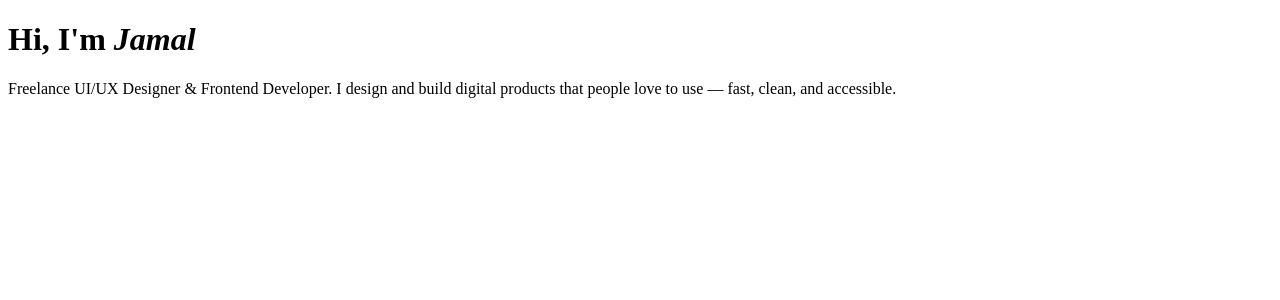
Repository: jamalissef-glitch/exercise1-JS
Page: Exercise33/index.html
These files come from the project's save history. The page is drawn as it stood at one moment and after the next save; the edit follows.
The browser window is 1280 px wide. The pictures show the whole page.

Above is the page before, as saved 2026-07-14 17:35:24.

### Exercise33/index.html
<!DOCTYPE html>
<html lang="en">

<head>
 <meta charset="UTF-8">
 <meta name="viewport" content="width=device-width, initial-scale=1.0">
 <title>DOM</title>
</head>

<body>

 <h1 id="head">Hi, I'm <em>Jamal</em></h1>
 <p class="desc">Freelance UI/UX Designer & Frontend Developer. I design and build digital products that people love to
  use — fast,
  clean, and accessible.</p>


</body>

</html>

After the next save:
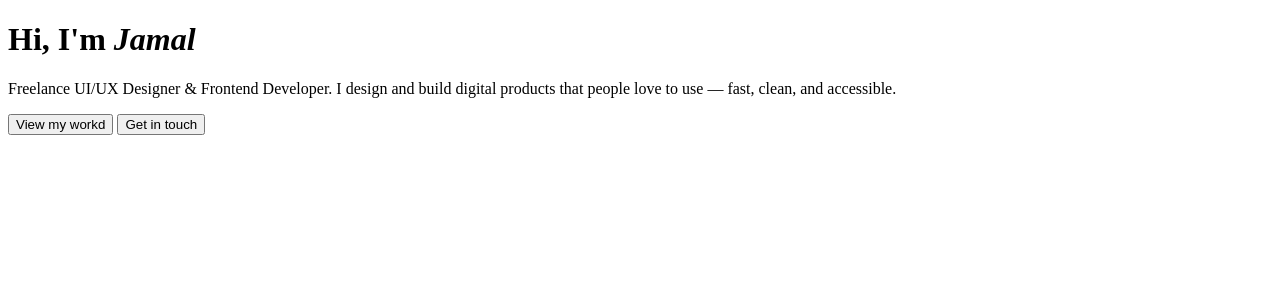
Saved 24 s later.
--- a/Exercise33/index.html
+++ b/Exercise33/index.html
@@ -14,6 +14,9 @@
   use — fast,
   clean, and accessible.</p>
 
+ <button>View my workd</button>
+ <button>Get in touch</button>
+
 
 </body>
 
